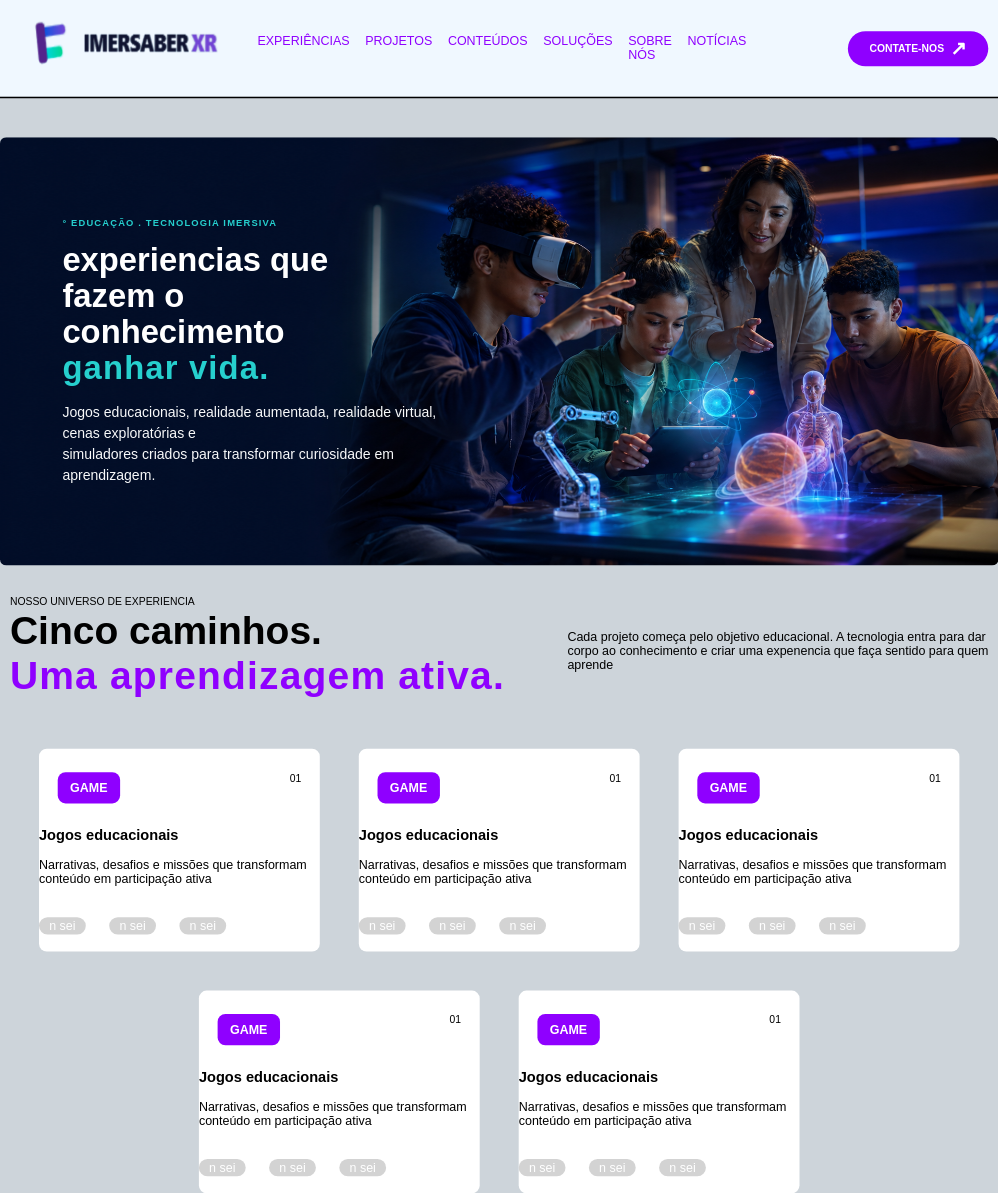
Repository: antonymsantana-design/Avaliacao.Parte.01
Page: html/index.html
An editor plug-in stored every save of this project. The page is shown before and after the next save, followed by the edit.
The browser window is 1280 px wide. The pictures show the whole page, at 78% of full size.

Above is the page before, as saved 2026-08-29 18:36:37.

After the next save:
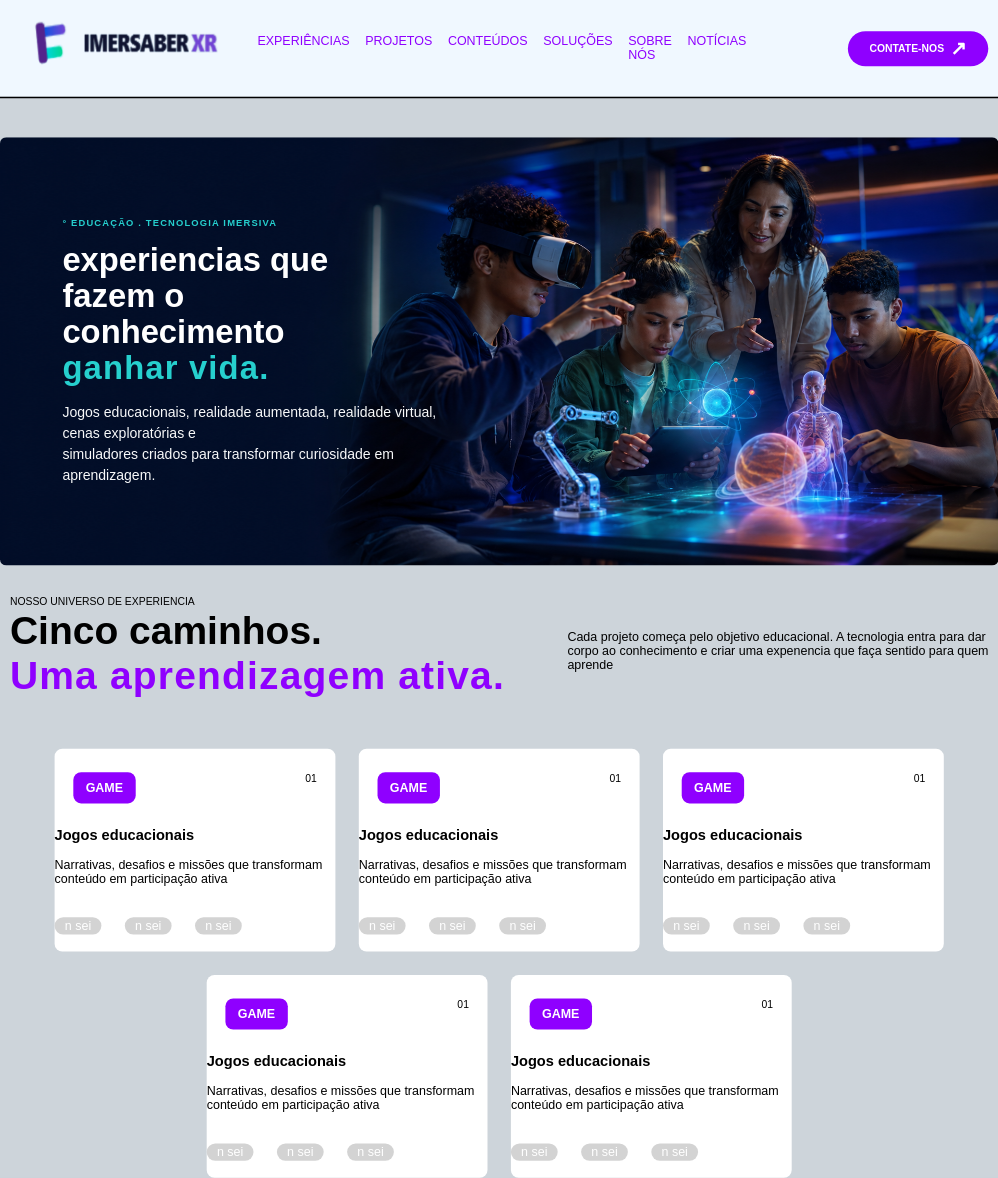
Saved 12 min 22 s later.
--- a/css/Style.css
+++ b/css/Style.css
@@ -192,6 +192,6 @@ span {
 .cards{
     display: flex;
     justify-content: center;
-    gap: 50px;
+    gap: 30px;
     flex-wrap: wrap;
 }
